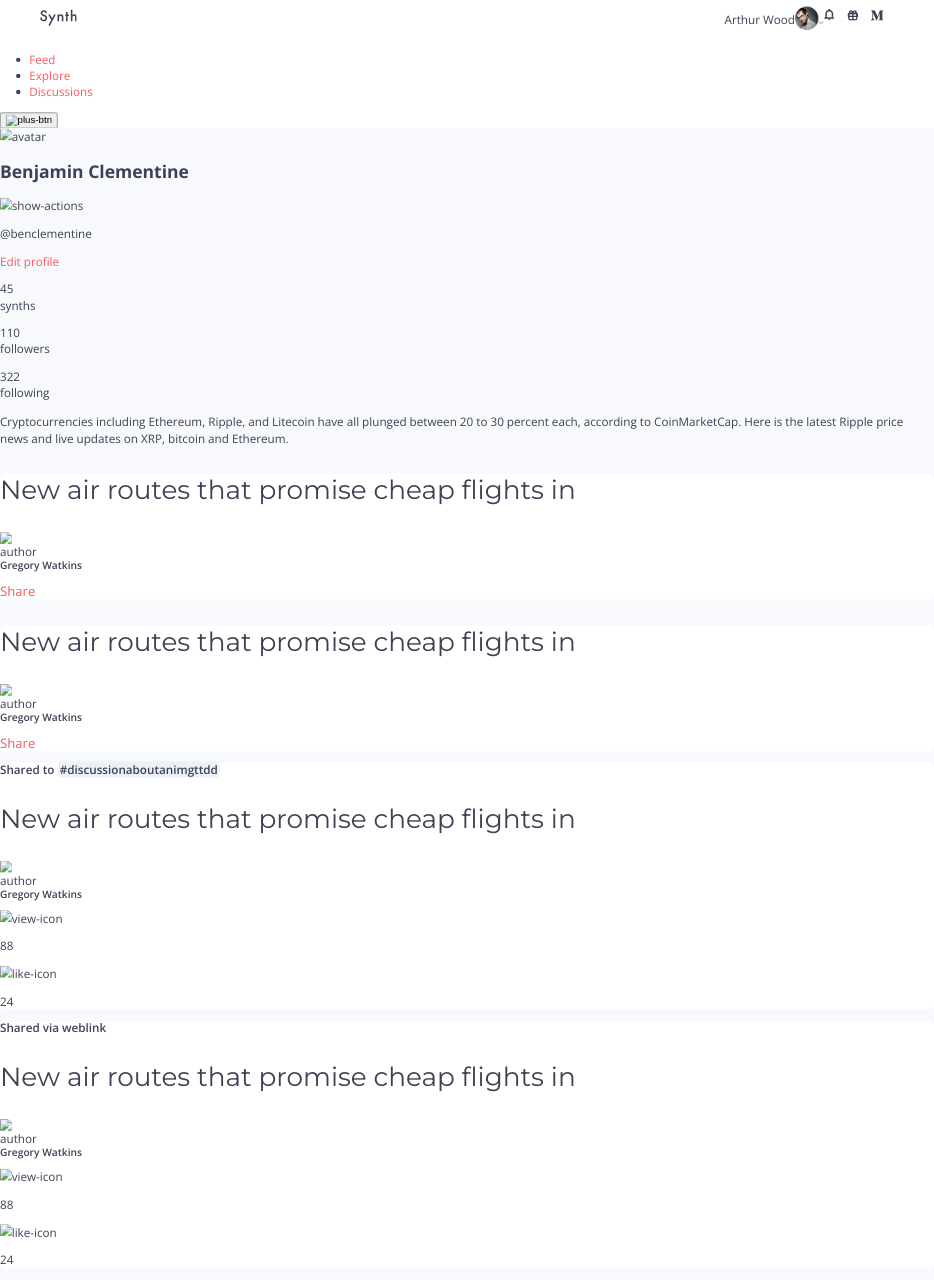
Repository: ecspetra/swivl-test-task
Page: index.html
The author's editor kept a copy of each file at every save. The page is drawn from the files as they stood at one save, then again after a run of saves.
The browser window is 1280 px wide. The pictures show the whole page, at 73% of full size.
The style sheet was rebuilt from its Sass, Less or Tailwind sources for each picture, by a compiler version that may differ from the author's.

Above is the page before, as saved 2021-12-09 22:12:20.

After the next 2 saves:
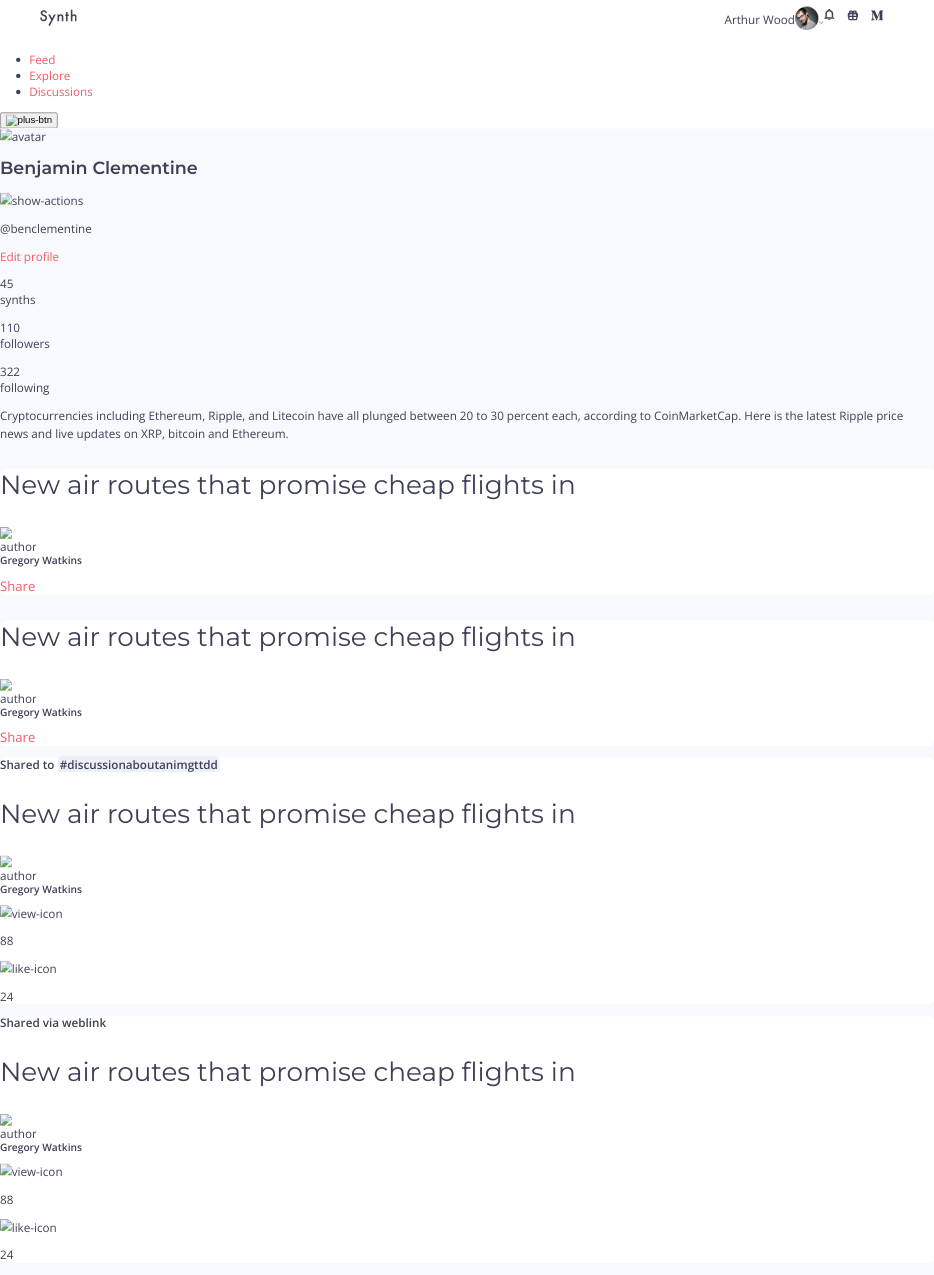
The 2 saves are shown as one change because they came seconds apart.
The last was saved 6 s later.
--- a/scss/style.scss
+++ b/scss/style.scss
@@ -131,7 +131,7 @@ a {
 .profile__name-wrapper {
 }
 .profile__name {
-  font: 600 24px /26 px "Montserrat", sans-serif;
+  font: 600 24px / 26px "Montserrat", sans-serif;
 }
 .profile__dots-wrapper {
 }
